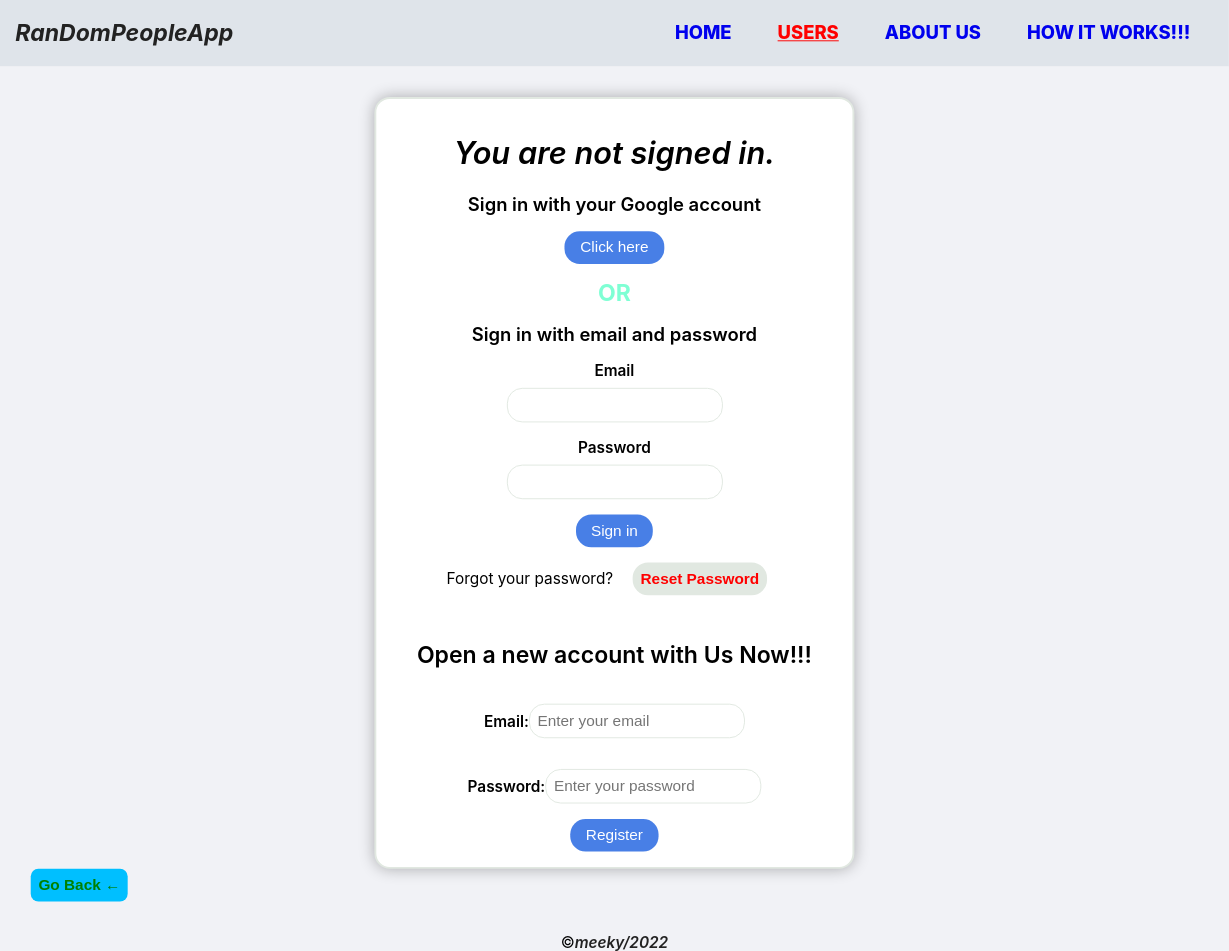
Repository: MikkyPrestige/RandomProfiles
Page: /profile
An editor plug-in stored every save of this project. The page is shown before and after the next save, followed by the edit.
The browser window is 1280 px wide. The pictures show the whole page, at 96% of full size.
The page's requests for data from a server got no answer. The project was rebuilt for these pictures with package versions that can differ from the ones it lists, and the page was loaded fresh each time. Some packages were replaced by stand-ins written for this rebuild. No one was signed in, and anything a server would have sent is missing. Also part of the build but not shown: src/assets/styles/home.css, src/components/home.jsx, src/components/users.jsx, src/assets/styles/search.css, src/components/search.jsx, src/assets/styles/help.css, src/components/help.jsx, src/assets/styles/about.css and 8 more.

Above is the page before, as saved 2022-12-06 00:34:46.

After the next save:
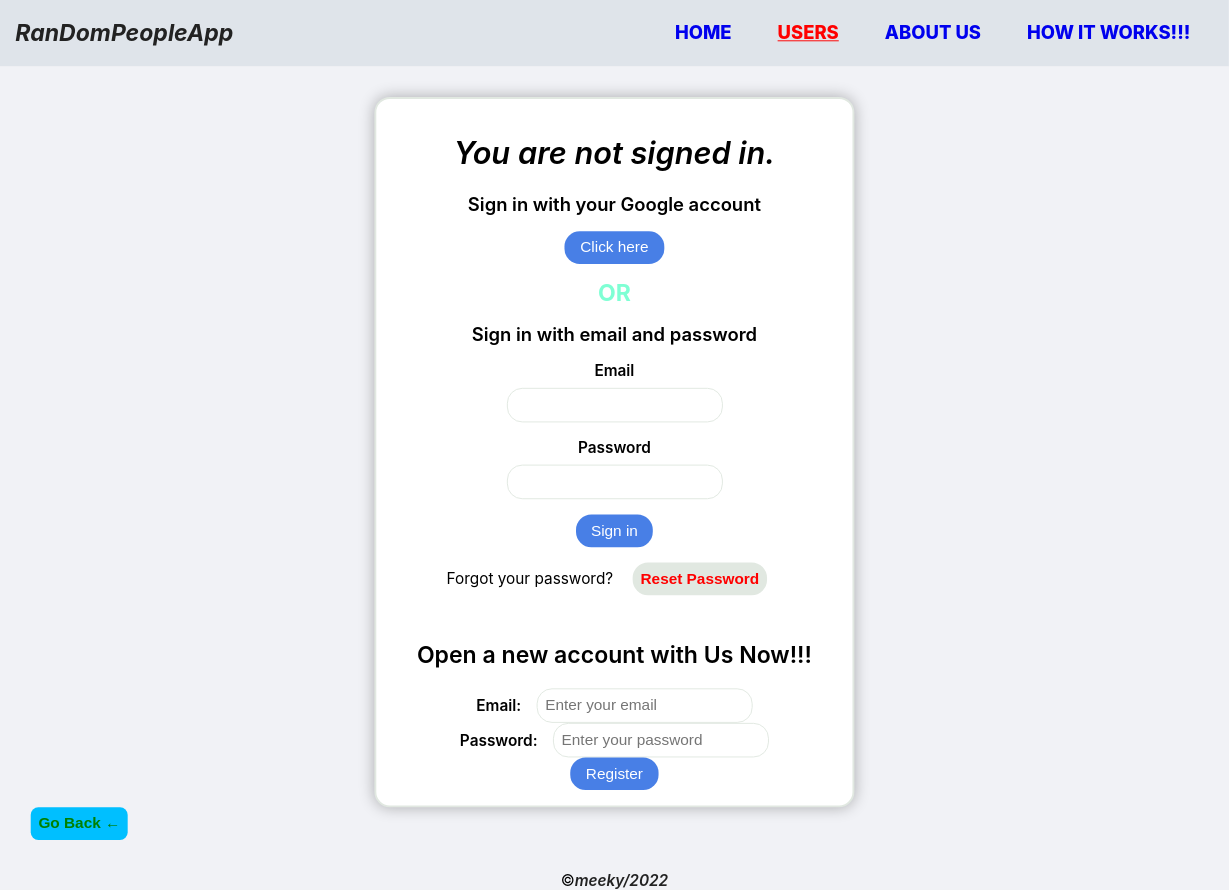
Saved 9 s later.
--- a/src/assets/styles/profile.css
+++ b/src/assets/styles/profile.css
@@ -187,8 +187,8 @@
   display: flex;
   justify-content: center;
   align-items: center;
-  /* gap: 1rem; */
-  margin: 1rem;
+  gap: 1rem;
+  /* margin: 1rem; */
 }
 
 .register__label {
